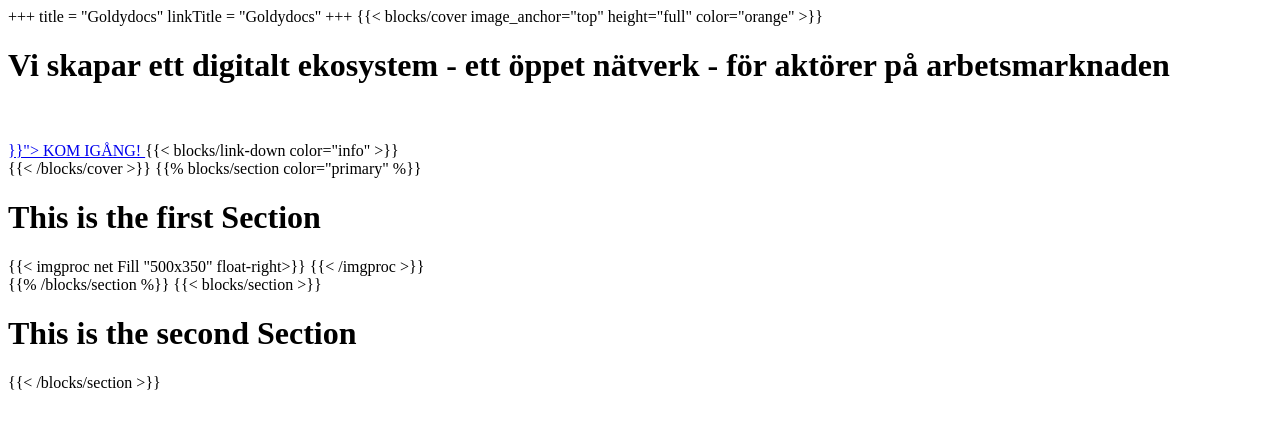
Repository: rudasn/docsy-cms-netlify
Page: content/sv/_index.html
An editor plug-in stored every save of this project. The page is shown before and after a run of saves, followed by the edit.
The browser window is 1280 px wide. The pictures show the whole page.

Above is the page before, as saved 2021-05-07 08:31:20.

After the next 2 saves:
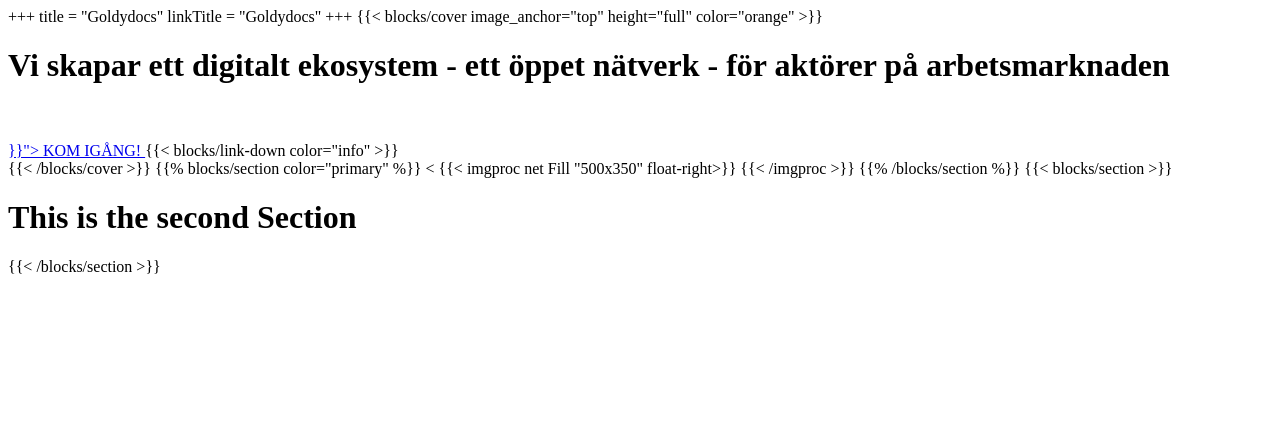
The 2 saves are shown as one change because they came seconds apart.
The last was saved 7 min 17 s later.
--- a/content/sv/_index.html
+++ b/content/sv/_index.html
@@ -20,16 +20,12 @@ linkTitle = "Goldydocs"
 
 
 {{% blocks/section color="primary" %}}
-<div class="col-8">
-	<h1 class="text-left">This is the first Section</h1>
-</div>
-
-<div class="col-4">
+<
 	{{< imgproc net Fill "500x350" float-right>}}
 
 	{{< /imgproc >}}
 
-</div>
+
 {{% /blocks/section %}}
 
 <!--
